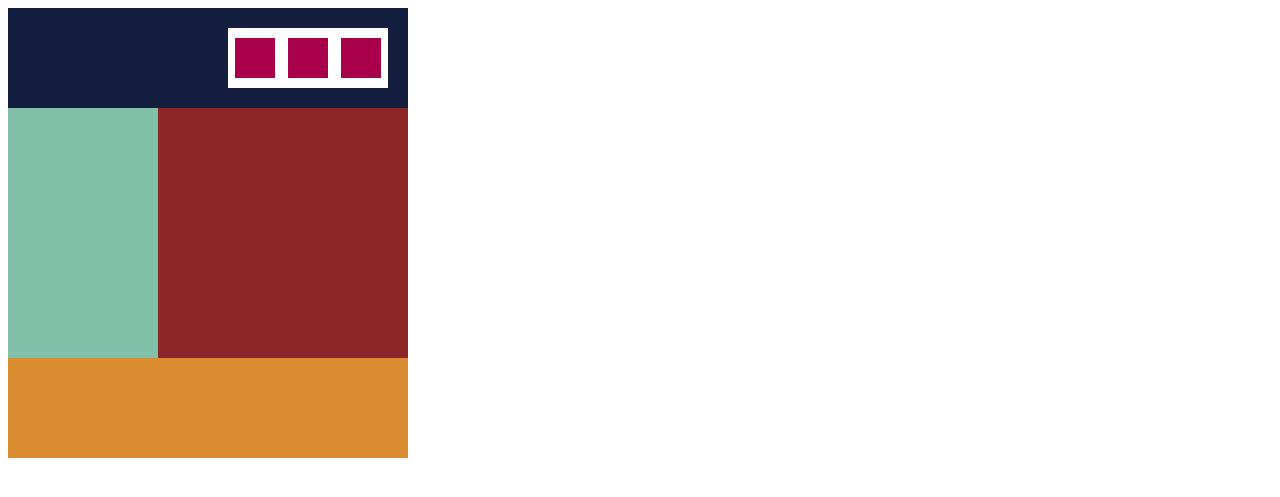
Repository: natuki-i/curriculum
Page: PHPjob/1/index.html
These files come from the project's save history. The page is drawn as it stood at one moment and after the next save; the edit follows.
The browser window is 1280 px wide. The pictures show the whole page.

Above is the page before, as saved 2022-11-26 20:45:01.

After the next save:
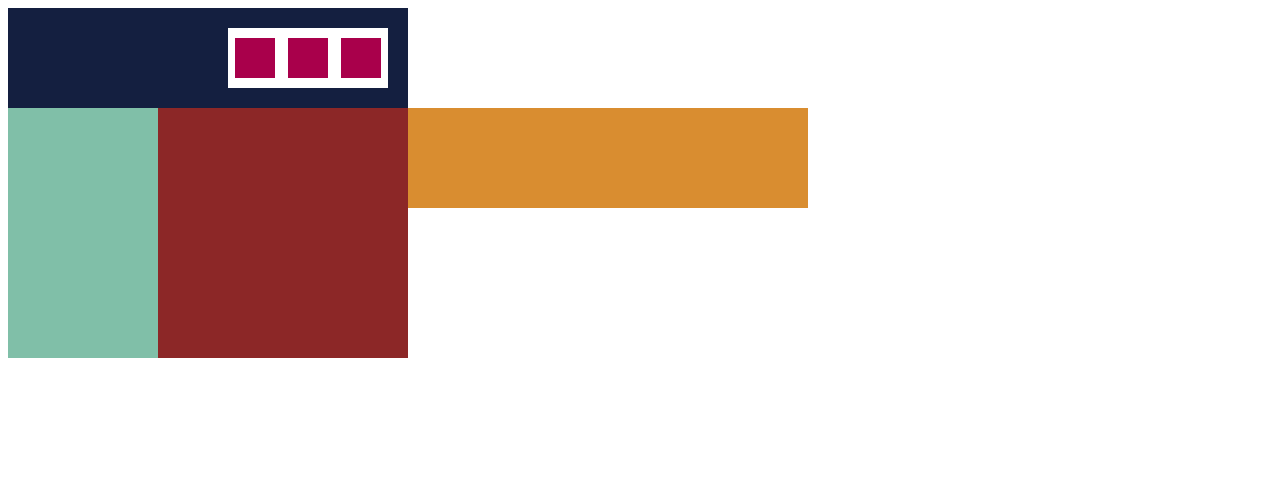
Saved 7 min 24 s later.
--- a/PHPjob/1/index.html
+++ b/PHPjob/1/index.html
@@ -17,7 +17,12 @@
     </div>
     <div class="main clearfix">
         <div class="left"></div>
-        <div class="right"></div>
+        <div class="right">
+            <div class="m-boxs">
+                <div class="m-box"></div>
+                <div class="m-box"></div>
+                <div class="m-box"></div>
+        </div>
     </div>
     <div class="footer"></div>
 </body>
